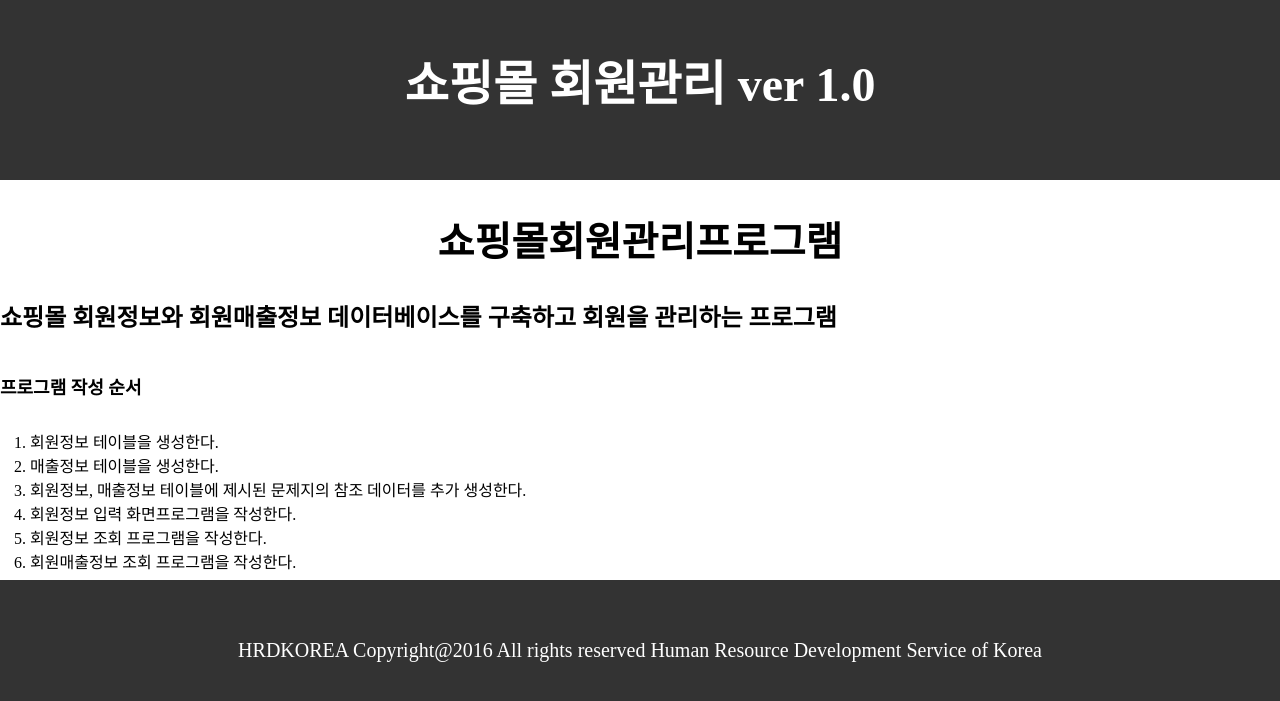
Repository: jsky1234/NCS
Page: http://localhost/HRD_1/admin.jsp
The author's editor kept a copy of each file at every save. The page is drawn from the files as they stood at one save, then again after the next save.
The browser window is 1280 px wide. The pictures show the whole page.
The page is served by Tomcat 9. Other server files are loaded and not shown.

Above is the page before, as saved 2020-11-10 01:34:49.

### ncs1/HRD_1/WebContent/admin.jsp
<%@ page language="java" contentType="text/html; charset=UTF-8"
    pageEncoding="UTF-8"%>
<%@ include file="admin_header.jsp" %>
<main class="content">
	<section class="page" id="page1">
		<h2 class="page_tit">쇼핑몰회원관리프로그램</h2>
		<div class="main_help">
			<h3 class="item_tit1">쇼핑몰 회원정보와 회원매출정보 데이터베이스를 구축하고 회원을 관리하는 프로그램</h3>
			<h3 class="item_tit2">프로그램 작성 순서</h3>
			<ol>
				<li>회원정보 테이블을 생성한다.</li>
				<li>매출정보 테이블을 생성한다.</li>
				<li>회원정보, 매출정보 테이블에 제시된 문제지의 참조 데이터를 추가 생성한다.</li>
				<li>회원정보 입력 화면프로그램을 작성한다.</li>
				<li>회원정보 조회 프로그램을 작성한다.</li>
				<li>회원매출정보 조회 프로그램을 작성한다.</li>
			</ol>
		</div>
	</section>
</main>
<footer class="ft">
	<div class="ft_wrap">
		<div class="admin_copy">
			<p class="copyright">HRDKOREA Copyright@2016 All rights reserved Human Resource Development Service of Korea</p>
		</div>
	</div>
</footer>
</body>
</html>

### ncs1/HRD_1/WebContent/admin_header.jsp
<%@ page language="java" contentType="text/html; charset=UTF-8"
    pageEncoding="UTF-8"%>
<% request.setCharacterEncoding("utf-8"); %>
<!DOCTYPE html>
<html>
<head>
<meta charset="UTF-8">
<link rel="stylesheet" href="./css/main.css" />
<title>관리자 모드로 로그인 중</title>
</head>
<body>
<header class="hd">
	<h2 class="tit">쇼핑몰 회원관리 ver 1.0</h2>
</header>

### ncs1/HRD_1/WebContent/css/main.css
@charset "UTF-8";

* { margin: 0; padding: 0; }
body, html { width: 100%; height: 100%; }
ul { list-style : none; }
a { text-decoration: none; }
button, label, input { outline: 0; border: 0; user-select: none; }
img { border: 0; }
ol { padding: 30px; }

.hd { clear: both; min-height: 180px; background-color: #333; }
.tit { font-size: 48px; text-align: center; line-height: 140px; color: #fff; padding-top: 15px;}
.gnb { clear: both; height: 40px; background-color: #cccccc; }
.gnb li { float: left; min-width: 120px; width: auto; }
.gnb a { display:block; text-align: center; line-height: 40px; width: 200px; height: 40px; color: #000000; font-weight: 700; border-left: 1px solid #666666; }
.gnb li:last-child { border-right: 1px solid #666666; }

.page { clear: both; padding: 30px 0 30px 0; }
.page_tit { text-align: center; font-size: 40px; }
.item_tit1 { font-size: 24px; margin-top: 30px; }
.item_tit2 { font-size: 18px; margin-top: 40px;}

.ft { clear: both; position: absolute;  width: 100%; bottom: 0; min-height:80px; height: 140px; background-color: #333; }
.copyright { color: #fff; font-size: 20px; text-align: center; margin-top: 20px; line-height: 100px;}

### ncs1/HRD_1/WebContent/admin_nav.jsp
<%@ page language="java" contentType="text/html; charset=UTF-8"
    pageEncoding="UTF-8"%>
<nav class="gnb">
	<ul>
		<li><a href="">회원등록</a></li>
		<li><a href="">회원목록조회/수정</a></li>
		<li><a href="">회원매출조회</a></li>
		<li><a href="">홈으로</a></li>
	</ul>
</nav>

After the next save:
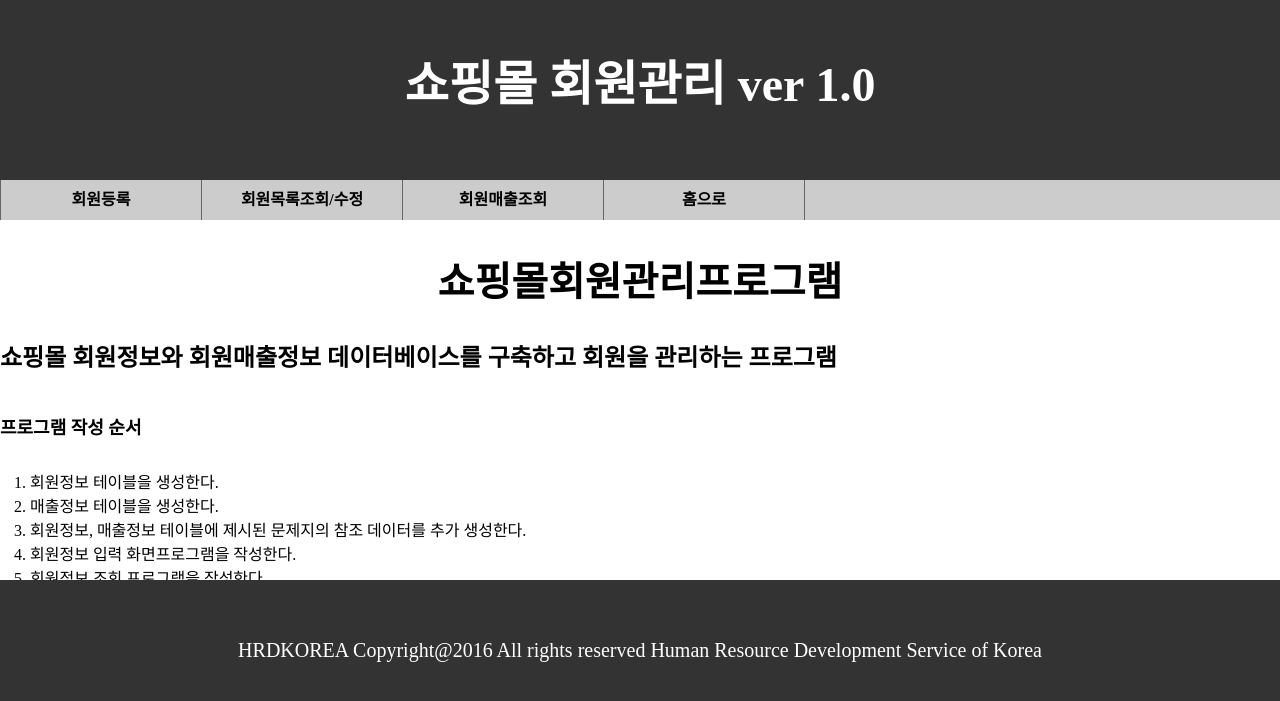
Saved 78 s later.
--- a/ncs1/HRD_1/WebContent/admin.jsp
+++ b/ncs1/HRD_1/WebContent/admin.jsp
@@ -1,6 +1,7 @@
 <%@ page language="java" contentType="text/html; charset=UTF-8"
     pageEncoding="UTF-8"%>
 <%@ include file="admin_header.jsp" %>
+<%@ include file="admin_nav.jsp" %>
 <main class="content">
 	<section class="page" id="page1">
 		<h2 class="page_tit">쇼핑몰회원관리프로그램</h2>
